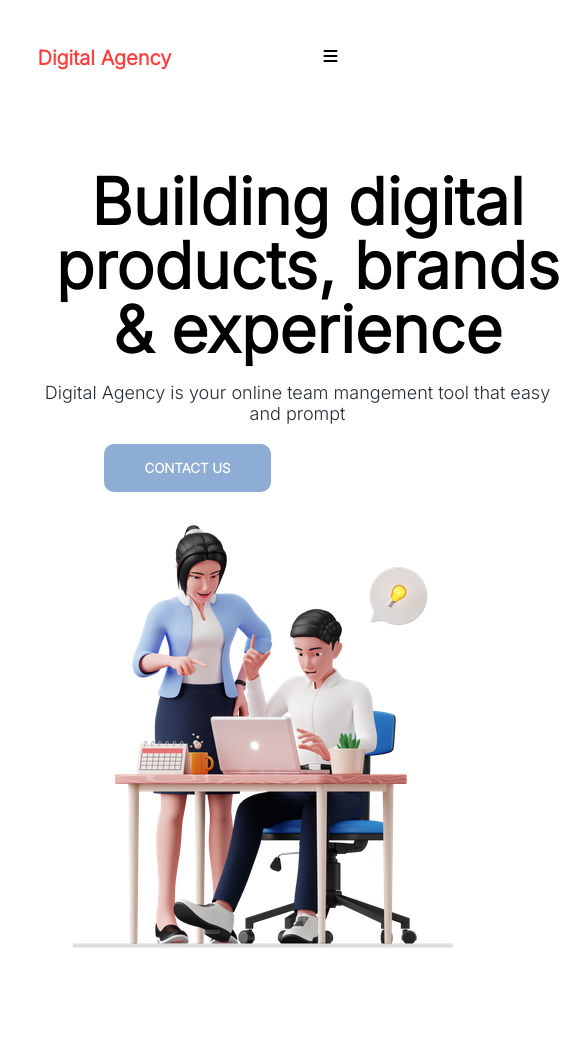
Repository: ThuatDev/fullstack_devc
Page: index.html
The author's editor kept a copy of each file at every save. The page is drawn from the files as they stood at one save, then again after the next save.
The browser window is 375 px wide. The page is 578 px wide, so the pictures cover 578 px, including what lies to the right of the window. The pictures show the whole page.

Above is the page before, as saved 2022-11-09 17:58:21.

### index.html
<!DOCTYPE html>
<html lang="en">
  <head>
    <meta charset="UTF-8" />
    <meta http-equiv="X-UA-Compatible" content="IE=edge" />
    <meta name="viewport" content="width=device-width, initial-scale=1.0" />
    <link
      rel="stylesheet"
      href="https://cdnjs.cloudflare.com/ajax/libs/font-awesome/6.2.0/css/all.min.css"
      integrity="sha512-xh6O/CkQoPOWDdYTDqeRdPCVd1SpvCA9XXcUnZS2FmJNp1coAFzvtCN9BmamE+4aHK8yyUHUSCcJHgXloTyT2A=="
      crossorigin="anonymous"
      referrerpolicy="no-referrer"
    />
    <link rel="stylesheet" href="reposive.css" />
    <link rel="stylesheet" href="index.css" />
    <title>Digital Agency</title>
  </head>
  <body>
    <div class="container">
      <div class="navbar">
        <div class="navbar__left">
          <p class="navbar__left-logo">Digital Agency</p>
        </div>
        <div class="navbar__right">
          <ul class="navbar__right-list">
            <li><a href="#">Home</a></li>
            <li><a href="#">About</a></li>
            <li><a href="#">Testimonial</a></li>
            <li><a href="#">Contact</a></li>
            <li class="icon__menu"><i class="fa-solid fa-bars"></i></li>
          </ul>
        </div>
      </div>

      <!-- HERO SECTION  -->
      <div class="h-section">
        <div class="h-section__left">
          <h2 content="item-1">
            Building digital products, brands & experience
          </h2>
          <p>
            Digital Agency is your online team mangement tool that easy and
            prompt
          </p>
          <button>Contact Us</button>
        </div>
        <div class="h-section__right">
          <img
            src="./img/business-people-discussing-business-idea.png"
            alt=""
          />
        </div>
      </div>
    </div>
  </body>
</html>

### reposive.css
@media screen and (max-width: 600px) {
  .navbar .navbar__right .navbar__right-list li {
    display: none;
  }
  .navbar .navbar__right .navbar__right-list li.icon__menu {
    display: block;
  }
  /* .navbar .navbar__right.navbar__right-list li:nth-child(1) {
    display: none;
  }
  .navbar .navbar__right.navbar__right-list li:nth-child(2) {
    display: none;
  }
  .navbar .navbar__right.navbar__right-list li:nth-child(3) {
    display: none;
  }
  .navbar .navbar__right.navbar__right-list li:nth-child(4) {
    display: none;
  }
  .navbar .navbar__right.navbar__right-list li:nth-child(5) {
    display: block;
  }*/

  .h-section {
    flex-direction: column;
  }
  .h-section > .h-section__left > h2 {
    text-align: center;
    font-size: 30px;
    width: 100%;
  }
  .h-section .h-section__left p {
    margin-top: 20px;
    text-align: center;
    font-size: 16px;
  }
  .h-section .h-section__left button {
    display: block;
    width: 100%;
    margin: 20px auto;
  }
}

### index.css
@import url("https://fonts.googleapis.com/css2?family=Inter:wght@200;300&display=swap");
* {
  padding: 0;
  margin: 0;
  box-sizing: border-box;
  font-family: "Inter", sans-serif;
}
.container {
  width: 80%;
  height: 1000px;

  margin: 0 auto;
}

/* nav bar*/
.navbar {
  display: flex;
  justify-content: space-between;
  margin-top: 46px;
}
.navbar .navbar__left .navbar__left-logo {
  font-size: 20px;
  font-weight: 700;
  color: rgb(255, 61, 61);
  line-height: 24px;
}
.navbar .navbar__right .navbar__right-list {
  display: flex;
}
.navbar .navbar__right .navbar__right-list li {
  list-style: none;
  margin-left: 50px;
}
.navbar .navbar__right .navbar__right-list > .icon__menu {
  display: none;
}
.navbar .navbar__right .navbar__right-list li a {
  text-decoration: none;
  /* color: rgb(255, 72, 72); */
  /* padding: 10px 20px; */
  /* display: block;
   */
  font-weight: 600;
  font-size: 18px;
  color: #272d38;
}
/* Hero section */
.h-section {
  display: flex;
  justify-content: space-between;
  margin-top: 100px;
}
.h-section .h-section__left {
  display: flex;
  flex-direction: column;
  justify-content: space-evenly;
}
.h-section .h-section__left h2 {
  font-weight: 700;
  font-size: 64px;
  width: 540px;
  height: auto;
  line-height: 100%;
}
.h-section .h-section__left p {
  font-weight: 400;
  font-size: 18px;
  width: 520px;
  height: auto;
  color: #272d38;
}
.h-section .h-section__left button {
  width: 167px;
  height: 48px;
  border-radius: 10px;
  border: none;
  background-color: #8eadd5;
  text-transform: uppercase;
  font-weight: 700;
  color: #fff;
}
.h-section.h-section__right img {
  width: 100%;
}

After the next save:
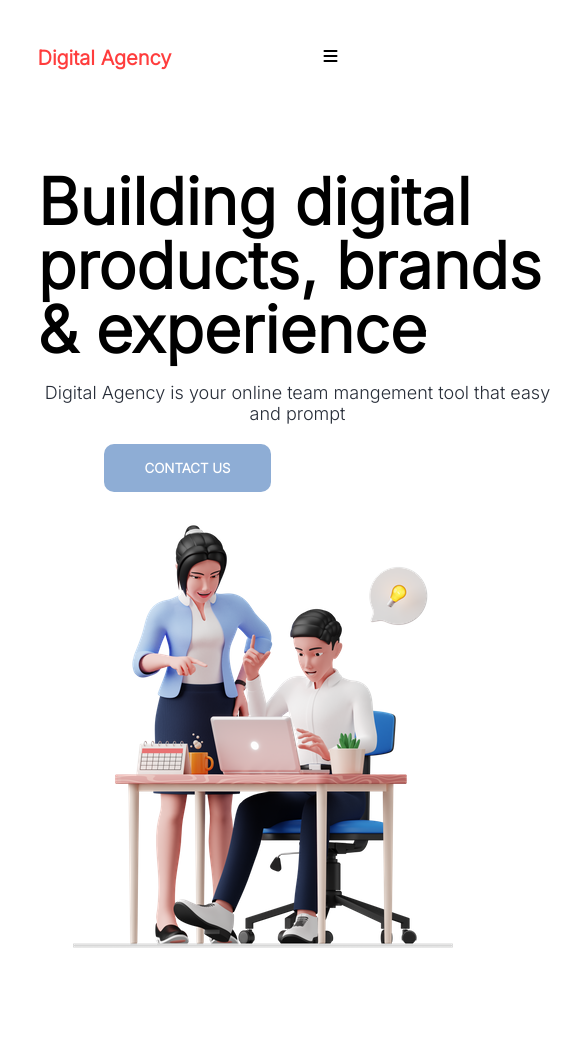
Saved 7 s later.
--- a/reposive.css
+++ b/reposive.css
@@ -24,7 +24,7 @@
   .h-section {
     flex-direction: column;
   }
-  .h-section > .h-section__left > h2 {
+  .h-section > .h-section__left > h2.item-1 {
     text-align: center;
     font-size: 30px;
     width: 100%;
